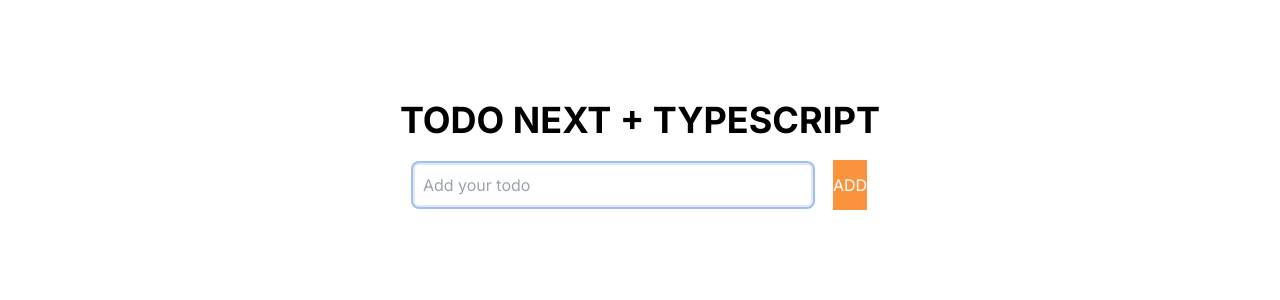
Repository: mehh000/next-ts-todo
Page: /
The author's editor kept a copy of each file at every save. The page is drawn from the files as they stood at one save, then again after the next save.
The browser window is 1280 px wide. The pictures show the whole page.
The project was rebuilt for these pictures with package versions that can differ from the ones it lists, and the page was loaded fresh each time. The framework's server and built-in components were replaced by stand-ins that run in the browser. Also part of the build but not shown: next.config.mjs.

Above is the page before, as saved 2024-06-15 19:54:24.

### src/app/layout.tsx
import type { Metadata } from "next";
import { Inter } from "next/font/google";
import "./globals.css";
import { TodoProvider } from "./Context/store/add-todos";

const inter = Inter({ subsets: ["latin"] });

export const metadata: Metadata = {
  title: "Create Next App",
  description: "Generated by create next app",
};

export default function RootLayout({
  children,
}: Readonly<{
  children: React.ReactNode;
}>) {
  return (
    <html lang="en">
      <body className={inter.className}>
        <TodoProvider>{children}</TodoProvider>
      </body>
    </html>
  );
}

### src/app/page.tsx
import TODOS from "@/components/TODOS";
import AddTODO from "@/components/add-todo";
import React from "react";

const Page = () => {
  return (
    <main className="flex items-center flex-col mt-[100px] gap-5 " >
      <h2 className=" font-bold text-4xl  ">TODO NEXT + TYPESCRIPT</h2>
      <AddTODO />
      <TODOS />
    </main>
  );
};

export default Page;

### src/app/Context/store/add-todos.tsx
'use client'


import { ReactNode, createContext, useContext, useState } from "react";

export type Todo = {
  id: string;
  task: string;
  completed: boolean;
  createdAt: Date;
};

type TodosContextType = {
  todos: Todo[];
  handleAddTodo: (task: string) => void;
  toggleTodosCompleted: (id: string) => void;
  handleTodoClicke: (id: string) => void;
};

//i made the context now need tp make the Provider
export const todosContext = createContext<TodosContextType | undefined>(
  undefined
);

//this is the  provider

export const TodoProvider = ({children}: { children: ReactNode }) => {
  const [todos, setTodos] = useState<Todo[]>([]);

  const handleAddTodo = (task: string) => {
    const newTodo: Todo = {
      id: Math.random().toString(),
      task,
      completed: false,
      createdAt: new Date(),
    };
    setTodos((prevTodos) => [newTodo, ...prevTodos]);
  };


  const toggleTodosCompleted = (id: string) => {
    setTodos((prevTodos) =>
      prevTodos.map((todo) =>
        todo.id === id ? { ...todo, completed: !todo.completed } : todo
      )
    );
  };

  const handleTodoClicke = (id: string) => {
    setTodos((prevTodos) => prevTodos.filter((todo) => todo.id !== id));
  };

  return (
    <todosContext.Provider value={{
      todos,
     handleAddTodo,
     toggleTodosCompleted,
     handleTodoClicke,
      }}>
      {children}
    </todosContext.Provider>
  );
};
export const useTodoContext = () => useContext(todosContext)

### src/components/TODOS.tsx
"use client";

import React from "react";
import { useTodoContext } from "@/app/Context/store/add-todos";

const TODOS = () => {
  const { todos,toggleTodosCompleted,handleTodoClicke } = useTodoContext();
  const fltertodo = todos;

  return (
    <ul className="">
      {fltertodo.map((todo) => {
        return (
          <li className="" key={todo.id}>
            <input
              type="checkbox"
              name=""
              id={`todo-${todo.id}`}
              checked={todo.completed}
              onChange={() => toggleTodosCompleted(todo.id)}
            />
            <label htmlFor={`todo-${todo.id}`}>{todo.task}</label>
            {todo.completed && (
              <button type="button" onClick={() => handleTodoClicke(todo.id)}>
                Delete
              </button>
            )}
          </li>
        );
      })}
    </ul>
  );
};

export default TODOS;

### src/components/add-todo.tsx
// components/AddTODO.tsx

'use client';

import React, { useState } from "react";
import { useTodoContext } from "@/app/Context/store/add-todos"; // Adjust the path according to your project structure

const AddTODO: React.FC = () => {
  const { handleAddTodo } = useTodoContext();

  const [todo, setTodo] = useState<string>("");

  const handleSubmit = (e: React.FormEvent<HTMLFormElement>) => {
    e.preventDefault();
    handleAddTodo(todo);
    setTodo("");
  };

  return (
    <form onSubmit={handleSubmit} className="flex items-center gap-5">
      <input
        type="text"
        placeholder="Add your todo"
        className=" border-2 text-1xl p-2 ring-2 rounded-md w-[400px]  "
        value={todo}
        onChange={(event) => setTodo(event.target.value)}
      />
      <button type="submit" className=" bg-orange-400 text-white h-[50px] w- ">
        ADD
      </button>
    </form>
  );
};

export default AddTODO;

Loaded but not shown: src/app/globals.css (common file); tailwind.config.ts (common file)

After the next save:
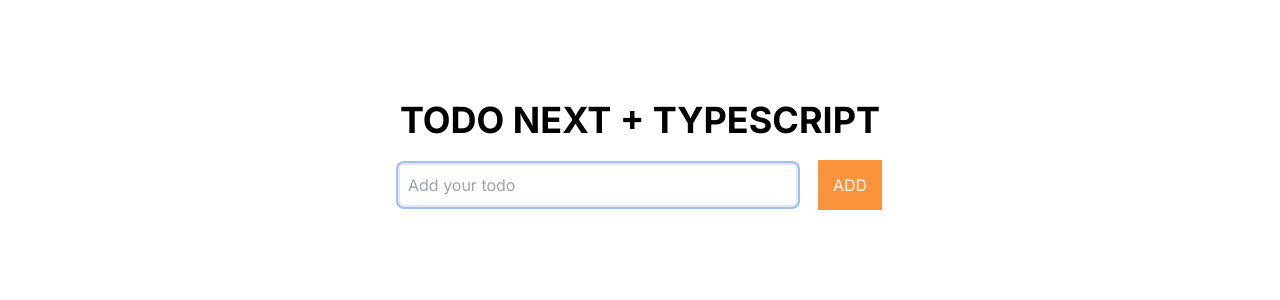
Saved 8 s later.
--- a/src/components/add-todo.tsx
+++ b/src/components/add-todo.tsx
@@ -25,7 +25,7 @@ const AddTODO: React.FC = () => {
         value={todo}
         onChange={(event) => setTodo(event.target.value)}
       />
-      <button type="submit" className=" bg-orange-400 text-white h-[50px] w- ">
+      <button type="submit" className=" bg-orange-400 text-white h-[50px] w-16 ">
         ADD
       </button>
     </form>
